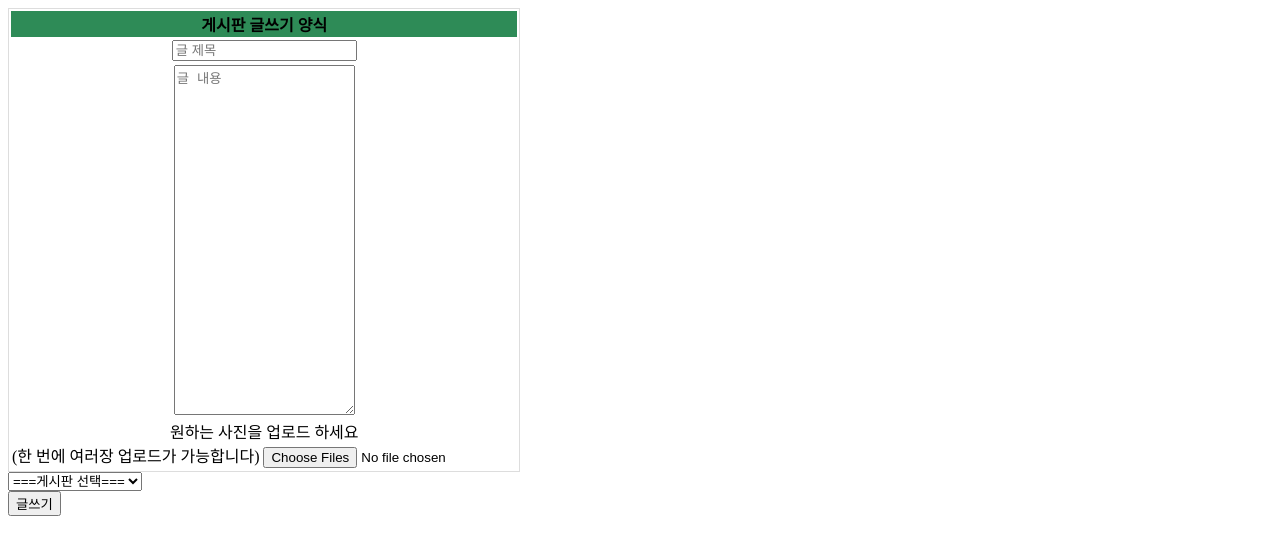
Repository: KimJinHwan999/ToyProject-makeBoard-springBoot
Page: http://localhost/board/WEB-INF/views/board/write.jsp
An editor plug-in stored every save of this project. The page is shown before and after the next save, followed by the edit.
The browser window is 1280 px wide. The pictures show the whole page.
The page is served by Tomcat 9. Nobody is signed in. The template is opened directly, without the code that normally fills it, so the values that code supplies are empty.

Above is the page before, as saved 2023-06-21 15:20:17.

After the next save:
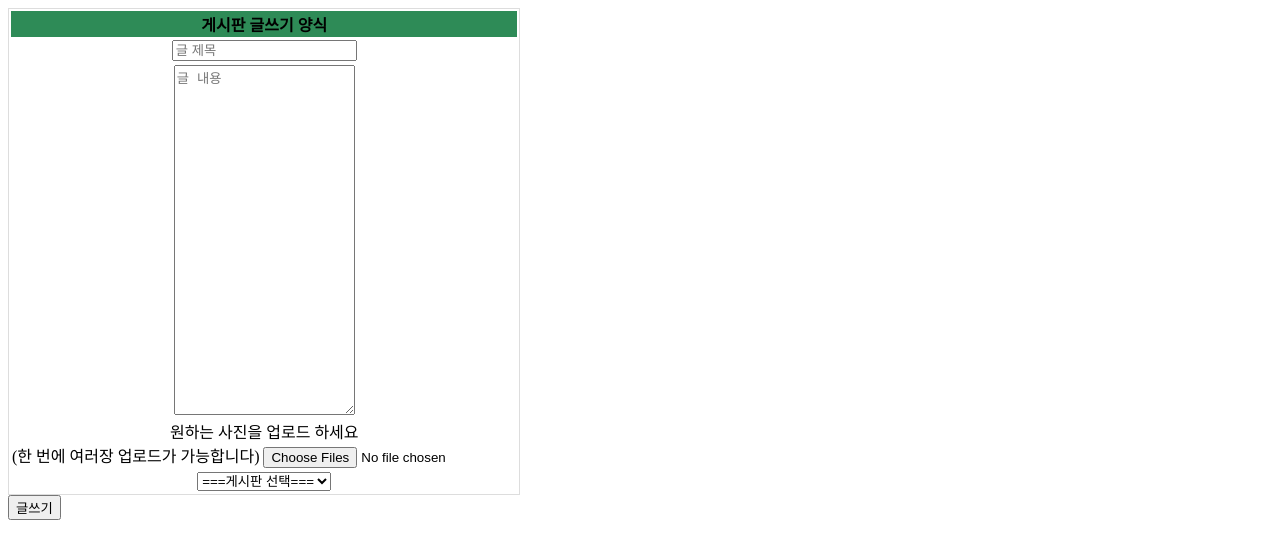
Saved 26 s later.
--- a/board/src/main/webapp/WEB-INF/views/board/write.jsp
+++ b/board/src/main/webapp/WEB-INF/views/board/write.jsp
@@ -30,16 +30,21 @@
 								<div id="img-file-name"></div>
 							</td>
 						</tr>
+						<tr>
+							<td>
+								<select name="board_num" id="board_num">
+									<option value="">===게시판 선택===</option>
+									<option value="1">유머 게시판</option>
+									<option value="2">스포츠 게시판</option>
+									<option value="3">게임 게시판</option>
+								</select>
+							</td>
+						</tr>
 					</tbody>
 				</table>
 
 
-				<select name="board_num" id="board_num">
-					<option value="">===게시판 선택===</option>
-					<option value="1">유머 게시판</option>
-					<option value="2">스포츠 게시판</option>
-					<option value="3">게임 게시판</option>
-				</select>
+
 
 
 				<div class="pull-right">

After the save that followed:
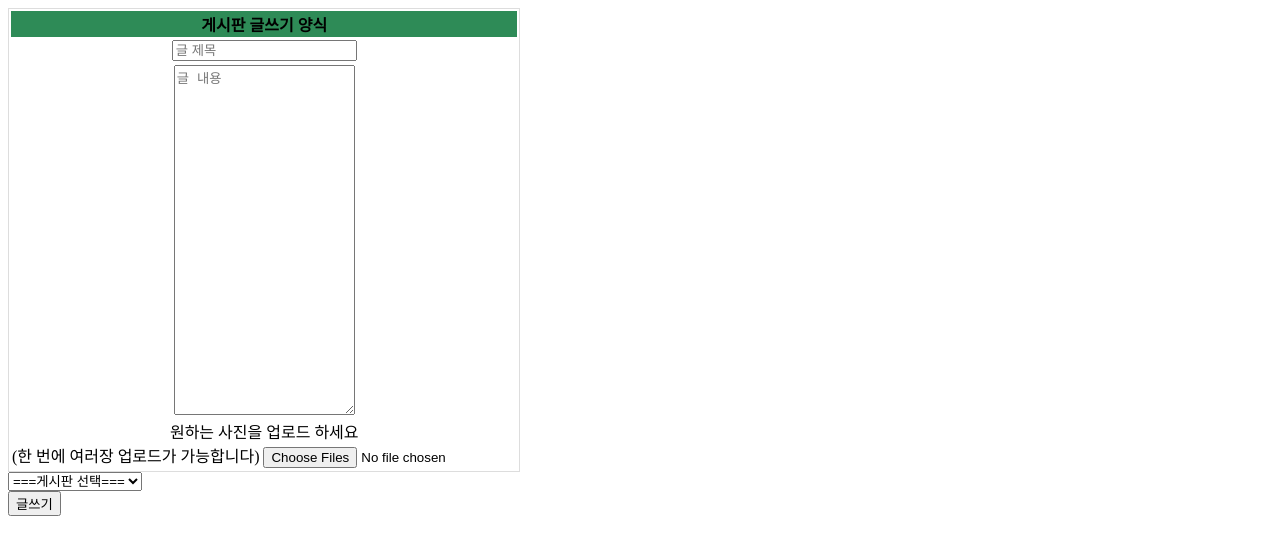
Saved 25 s later.
--- a/board/src/main/webapp/WEB-INF/views/board/write.jsp
+++ b/board/src/main/webapp/WEB-INF/views/board/write.jsp
@@ -30,21 +30,16 @@
 								<div id="img-file-name"></div>
 							</td>
 						</tr>
-						<tr>
-							<td>
-								<select name="board_num" id="board_num">
-									<option value="">===게시판 선택===</option>
-									<option value="1">유머 게시판</option>
-									<option value="2">스포츠 게시판</option>
-									<option value="3">게임 게시판</option>
-								</select>
-							</td>
-						</tr>
 					</tbody>
 				</table>
 
 
-
+				<select name="board_num" id="board_num">
+					<option value="">===게시판 선택===</option>
+					<option value="1">유머 게시판</option>
+					<option value="2">스포츠 게시판</option>
+					<option value="3">게임 게시판</option>
+				</select>
 
 
 				<div class="pull-right">
